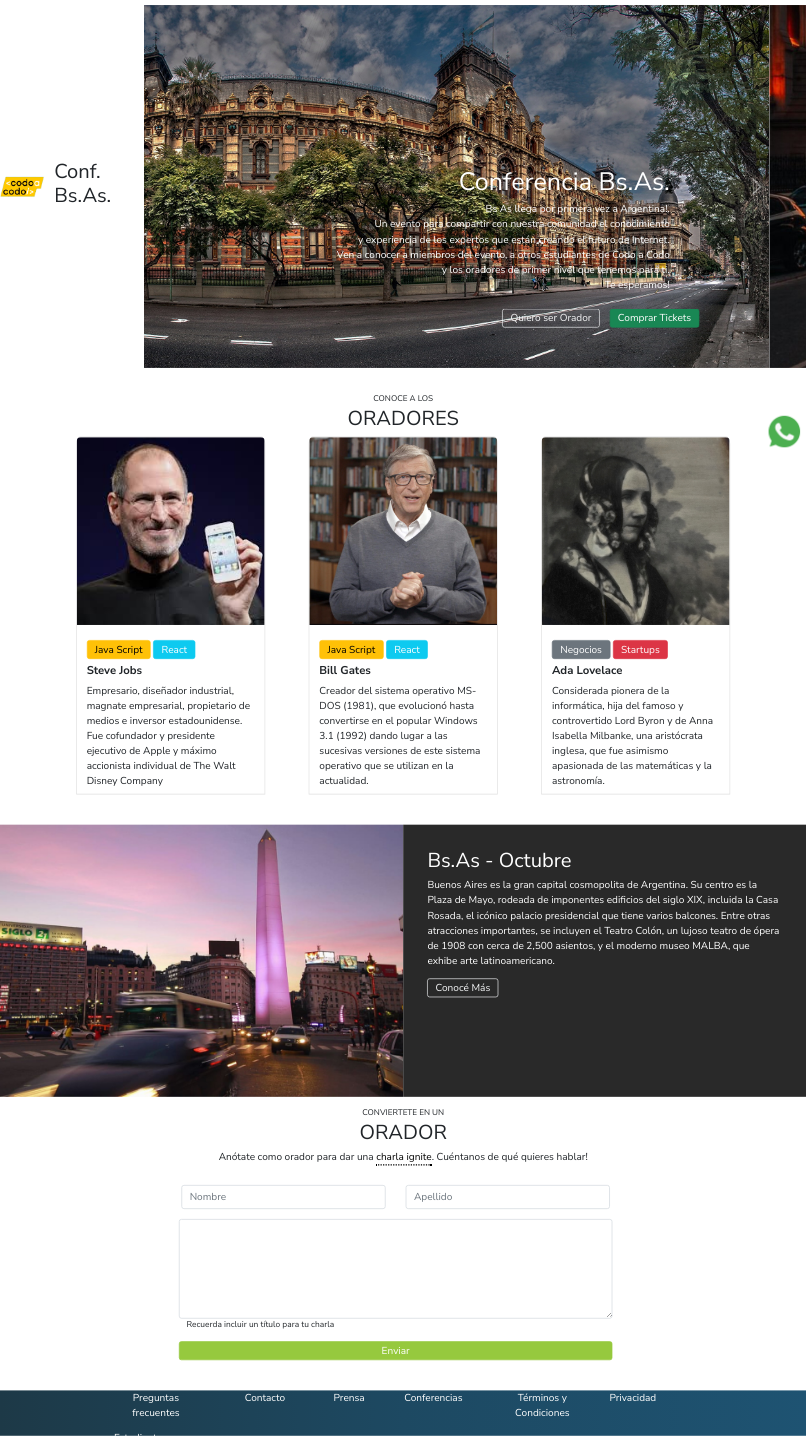
Repository: Melire/trabajo-final-BS
Page: index.html
The author's editor kept a copy of each file at every save. The page is drawn from the files as they stood at one save, then again after a run of saves.
The browser window is 1280 px wide. The pictures show the whole page, at 63% of full size.

Above is the page before, as saved 2023-05-11 18:09:56.

After the next 2 saves:
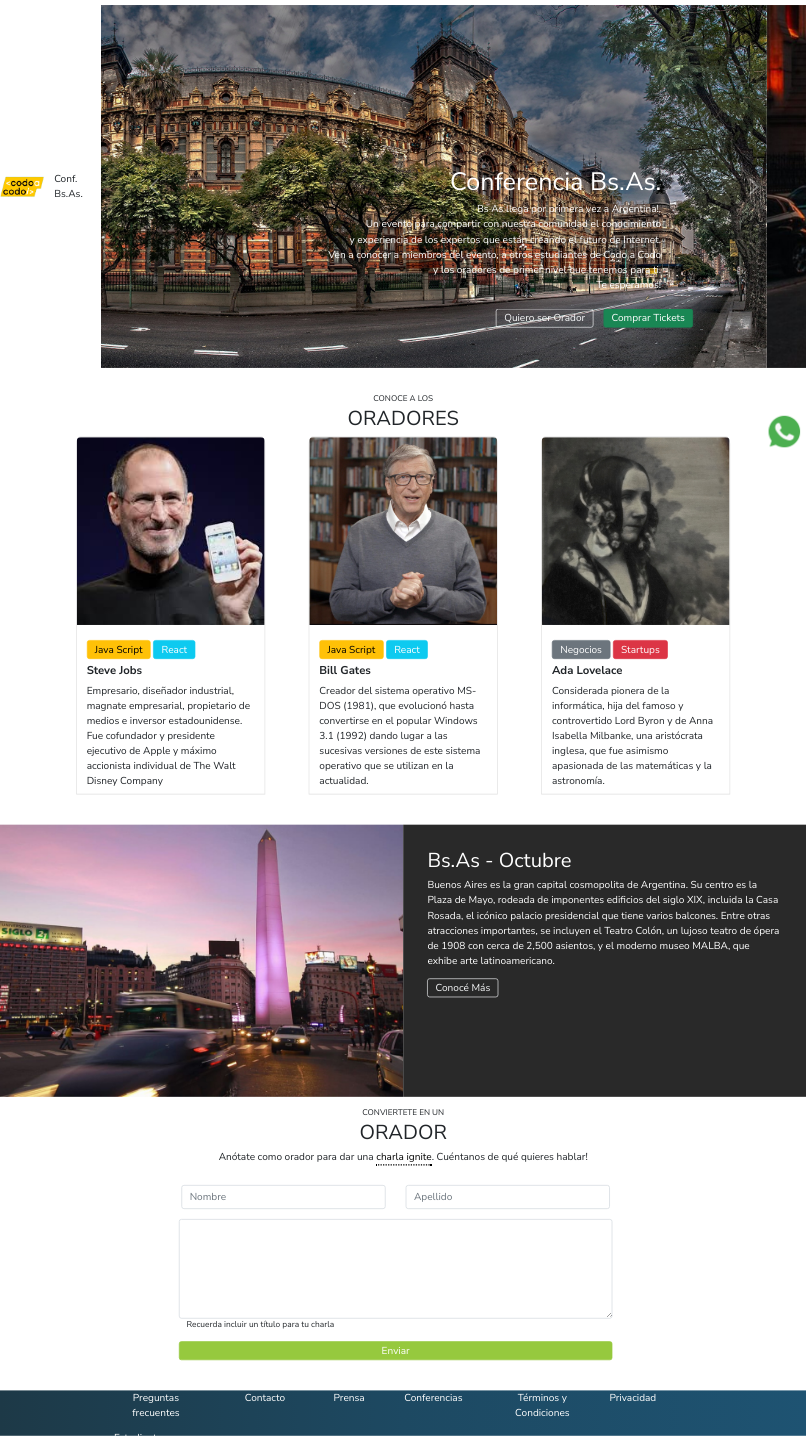
The 2 saves are shown as one change because they came seconds apart.
The last was saved 39 s later.
--- a/index.html
+++ b/index.html
@@ -20,7 +20,7 @@
             <a class="navbar-brand" href="https://www.buenosaires.gob.ar/educacion/codo-codo" target="_blank">
                     <img src="./assets/img/codoacodo.png" alt="Logo" width="70px" class="d-inline-block align-text-top">
                 </a>
-                <h2>Conf. Bs.As.</h2>
+                Conf. Bs.As.
             </div>
         <!--<div class="headerNav">
             <div class="contenedorLogo">
